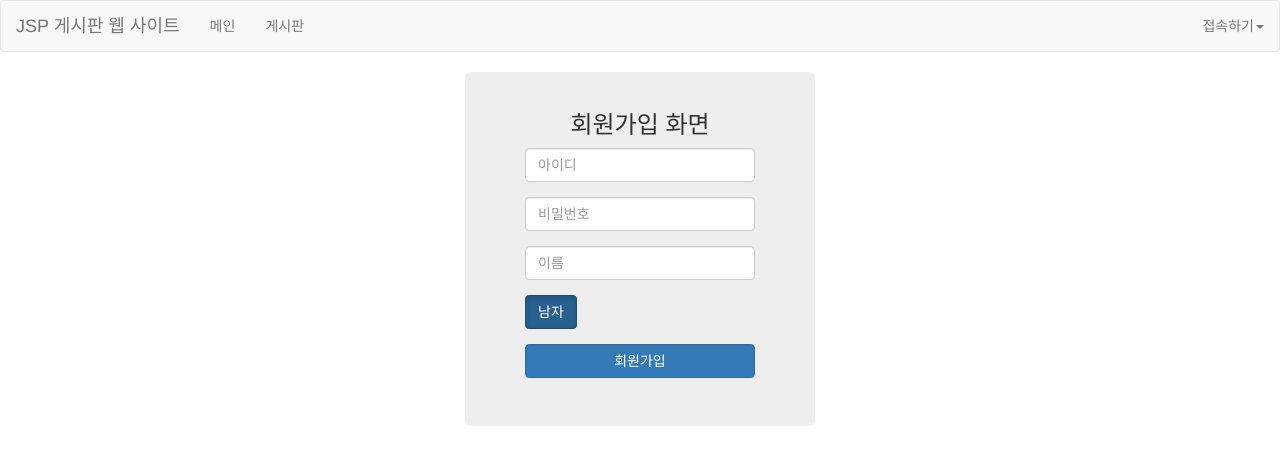
Repository: winter9388/JSP_BBS
Page: http://localhost/BBS/join.jsp
These files come from the project's save history. The page is drawn as it stood at one moment and after the next save; the edit follows.
The browser window is 1280 px wide. The pictures show the whole page.
Some web libraries are served in a nearby version. The page is served by Tomcat 9.

Above is the page before, as saved 2022-08-11 07:04:32.

After the next save:
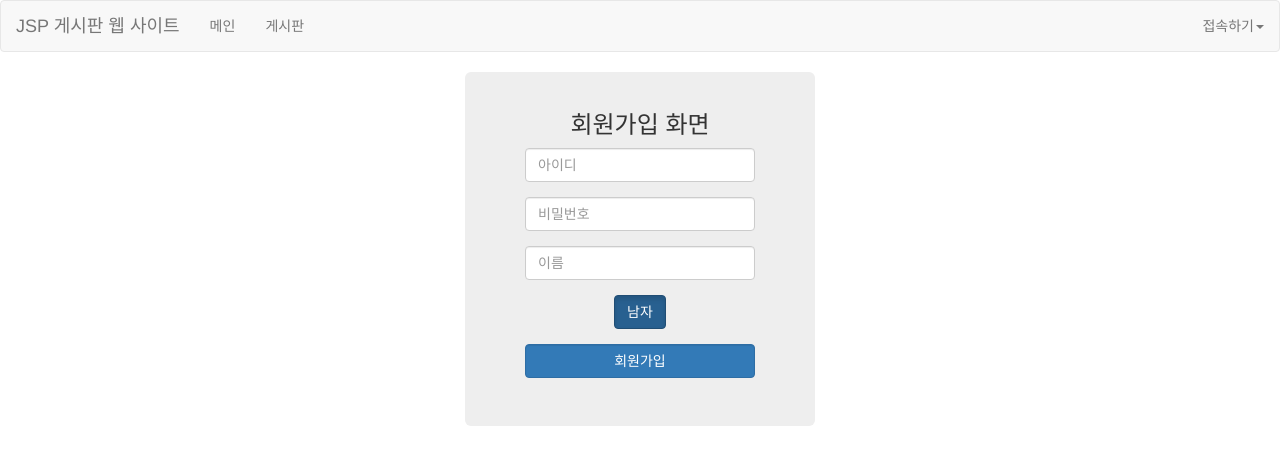
Saved 29 s later.
--- a/BBS/src/main/webapp/join.jsp
+++ b/BBS/src/main/webapp/join.jsp
@@ -54,8 +54,8 @@
 					<div class="form-group">
 						<input type="text" class="form-control" placeholder="이름" name="userName" maxlength="20">
 					</div>
-					<div class="form-group">
-						<div class="btn-group" data-toggle="buttons" style="text-align: center;">
+					<div class="form-group" style="text-align: center;">
+						<div class="btn-group" data-toggle="buttons">
 							<label class="btn btn-primary active">
 								<input type="radio" name="userGender" autocomplete="off" value="남자" checked>남자
 							</label>
